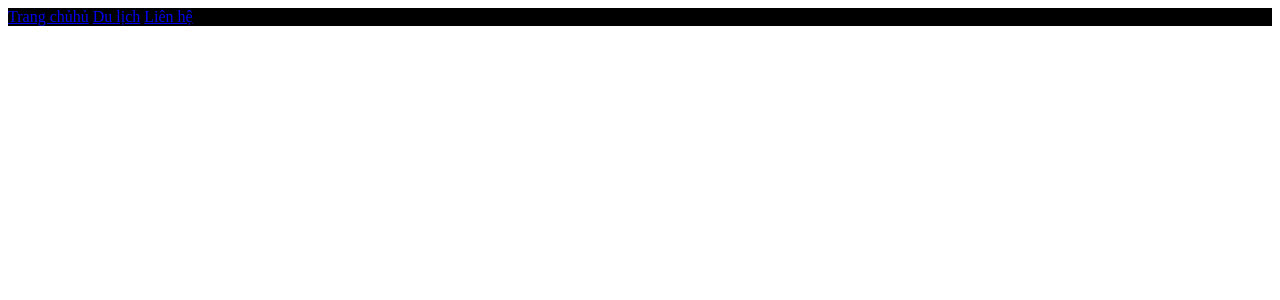
Repository: Lehuyhuynh/BTH2-CSS
Page: BTH3/BTH4/index.html
These files come from the project's save history. The page is drawn as it stood at one moment and after a run of saves; the edit follows.
The browser window is 1280 px wide. The pictures show the whole page.

Above is the page before, as saved 2023-08-11 16:41:58.

After the next 2 saves:
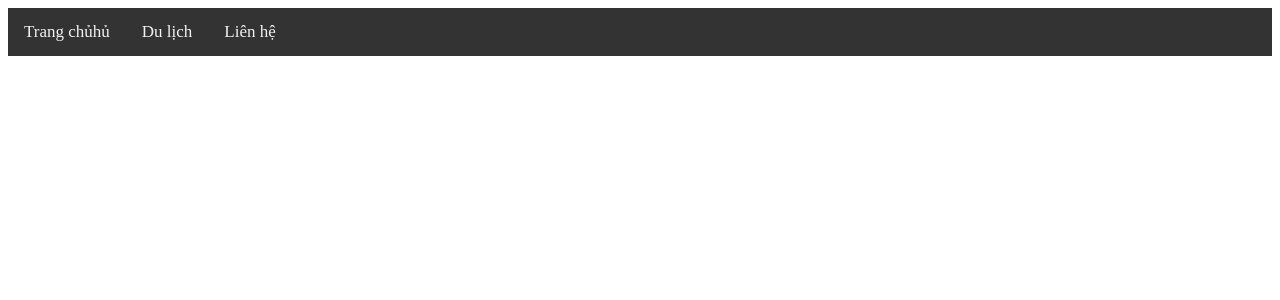
The 2 saves are shown as one change because they came seconds apart.
The last was saved 26 s later.
--- a/BTH3/BTH4/style.css
+++ b/BTH3/BTH4/style.css
@@ -1,6 +1,29 @@
-.navbar{
+.container {
+  width: 100%;
+  margin: 0 auto;
+  height: auto;
+  float: left;
+}
+
+.navbar {
   overflow: hidden;
-  background-color: black;
+  background-color: #333;
+  float: left;
+  top: 0;
+  width: 100%;
+}
 
+.navbar a {
+  float: left;
+  display: block;
+  color: #f2f2f2;
+  text-align: center;
+  padding: 14px 16px;
+  text-decoration: none;
+  font-size: 17px;
+}
 
+.navbar a:hover {
+  background: #ddd;
+  color: black;
 }
